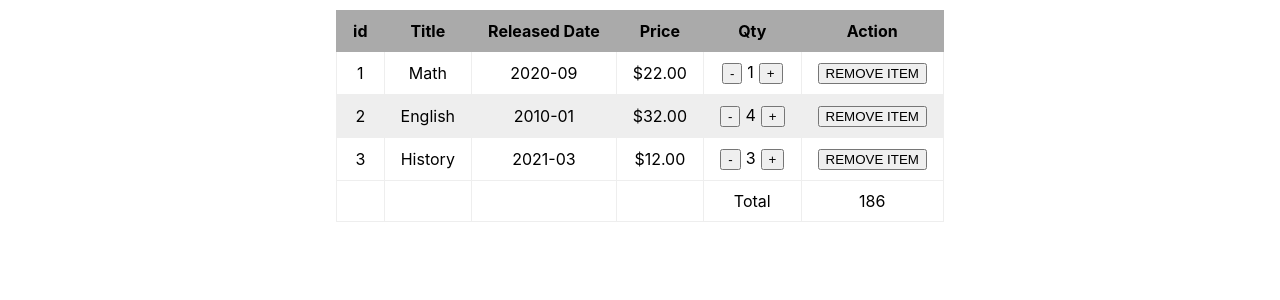
Repository: vgg1kkh/myBookStoreBasket
Page: /
These files come from the project's save history. The page is drawn as it stood at one moment and after a run of saves; the edit follows.
The browser window is 1280 px wide. The pictures show the whole page.
The project was rebuilt for these pictures with package versions that can differ from the ones it lists, and the page was loaded fresh each time.

Above is the page before, as saved 2021-10-07 16:53:09.

### public/index.html
<!DOCTYPE html>
<html lang="en">
  <head>
    <meta charset="utf-8" />
    <link rel="icon" href="%PUBLIC_URL%/favicon.ico" />
    <meta name="viewport" content="width=device-width, initial-scale=1" />
    <meta name="theme-color" content="#000000" />
    <meta
      name="description"
      content="Web site created using create-react-app"
    />
    <title>React App</title>
  </head>
  <body>
    <noscript>You need to enable JavaScript to run this app.</noscript>
    <div id="root"></div>

  </body>
</html>

### src/App.js
import React, { Component } from "react";
import { formatPrice } from "./format-util";
import "./App.css";

export default class App extends Component {
  constructor() {
    super();
    this.state = {
      bookList: [
        { id: 3, name: "Math", date: "2020-09", price: 22, number: 1 },
        { id: 4, name: "English", date: "2010-01", price: 32, number: 4 },
        { id: 5, name: "History", date: "2021-03", price: 12, number: 3 },
      ],
    };
  }

  getTotalPrice() {
    // this.state.bookList.reduce(
    //   (pre, item) => (pre = item.price * item.number + pre)
    // );
    let totalPrice = 0
    for(let i of this.state.bookList){
        totalPrice = i.price * i.number + totalPrice
    }
    return totalPrice
  }
  render() {
    return (
      <>
        <div>
          <table className="table-wrapper">
            <thead>
              <tr>
                <th>id</th>
                <th>Title</th>
                <th>Released Date</th>
                <th>Price</th>
                <th>Qty</th>
                <th>Action</th>
              </tr>
            </thead>
            <tbody>
              {this.state.bookList.map((item, index) => {
                return (
                  <tr key={item.id}>
                    <td>{index + 1}</td>
                    <td>{item.name}</td>
                    <td>{item.date}</td>
                    <td>{formatPrice(item.price)}</td>
                    <td>
                      <button>-</button>
                      <span className="book-qty">
                        {item.number}
                      </span>
                      <button>+</button>
                    </td>
                    <td>
                      <button>REMOVE ITEM</button>
                    </td>
                  </tr>
                );
              })}
              <tr>
                <td></td>
                <td></td>
                <td></td>
                <td></td>
                <td>Total</td>
                <td>{this.getTotalPrice()}</td>
              </tr>
            </tbody>
          </table>
        </div>

      </>
    );
  }
}

### src/format-util.js
export function formatPrice(price){
    if(typeof price !== "number"){
        return Number(price) || 0
    }
    return ("$"+price.toFixed(2))
}

### src/App.css
.table-wrapper {
    margin: 10px auto;
    border: 1px solid #eee;
    border-collapse: collapse;
    text-align: center;
}

th,td {
    border: 1px solid #eee;
    padding: 10px 16px;
    /* border-collapse: collapse; */
}

th {
    background-color: #aaa;
    border-color: #aaa
}
table tbody tr:nth-child(2n){
    background-color: #eee;
}

table tbody tr:last-child{
    background-color: #fff;
}
.book-qty {
    margin: 0 5px;
}

Loaded but not shown: src/index.js (common file); src/index.css (common file)

After the next 3 saves:
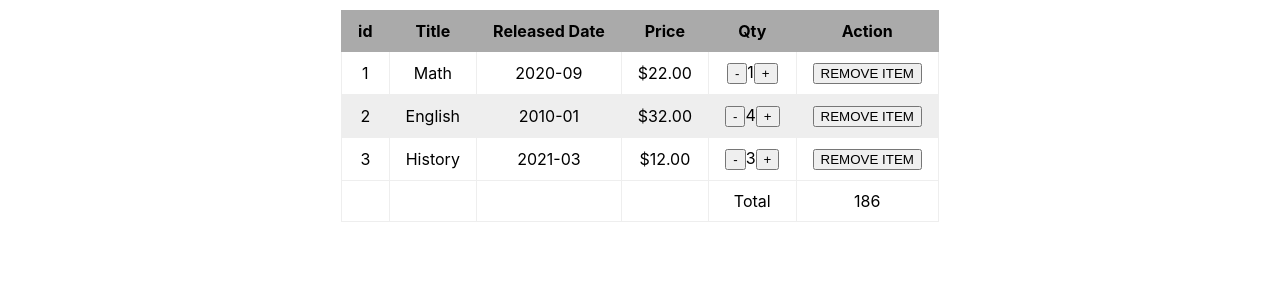
The 3 saves are shown as one change because they came seconds apart.
The last was saved 98 s later.
--- a/src/App.css
+++ b/src/App.css
@@ -22,6 +22,8 @@
 table tbody tr:last-child{
     background-color: #fff;
 }
+
+table tbody tr:last-child td:
 .book-qty {
     margin: 0 5px;
 }

After the 2 saves that followed:
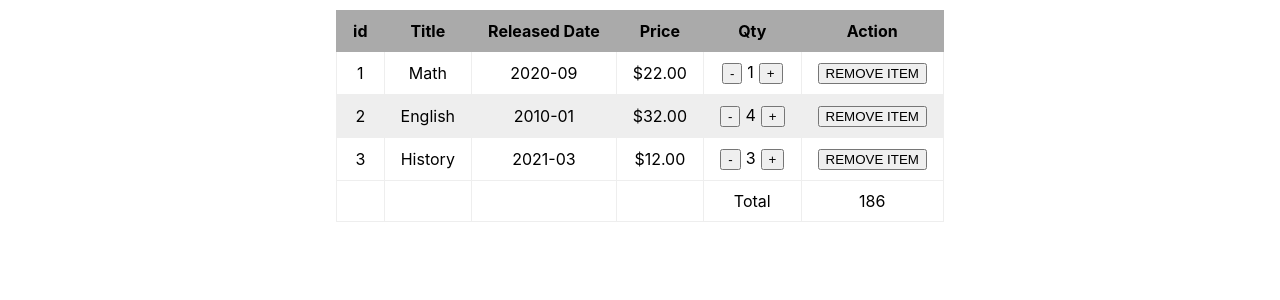
The 2 saves are shown as one change because they came seconds apart.
The last was saved 7 s later.
--- a/src/App.css
+++ b/src/App.css
@@ -23,7 +23,9 @@
     background-color: #fff;
 }
 
-table tbody tr:last-child td:
+table tbody tr:last-child td:-n+4 {
+
+}
 .book-qty {
     margin: 0 5px;
 }
